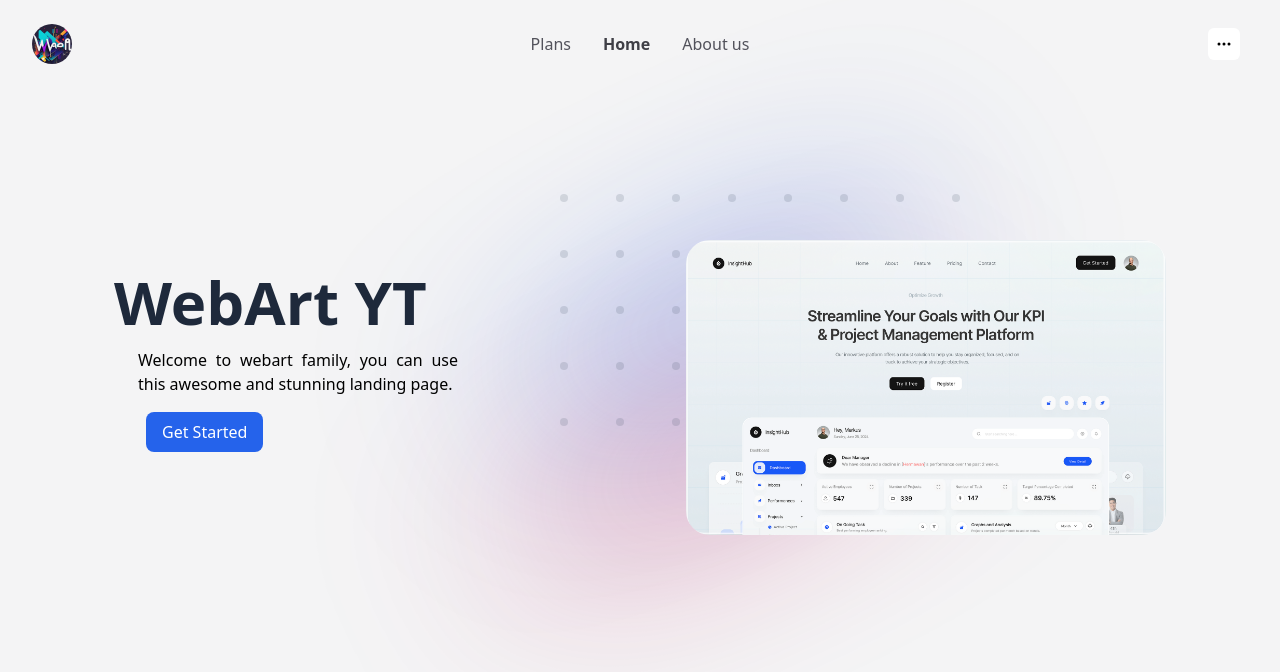
Repository: 30namp/youtube-web-art-code
Page: stunning landing page 1/index.html
These files come from the project's save history. The page is drawn as it stood at one moment and after the next save; the edit follows.
The browser window is 1280 px wide. The pictures show the whole page.

Above is the page before, as saved 2024-09-26 21:22:31.

After the next save:
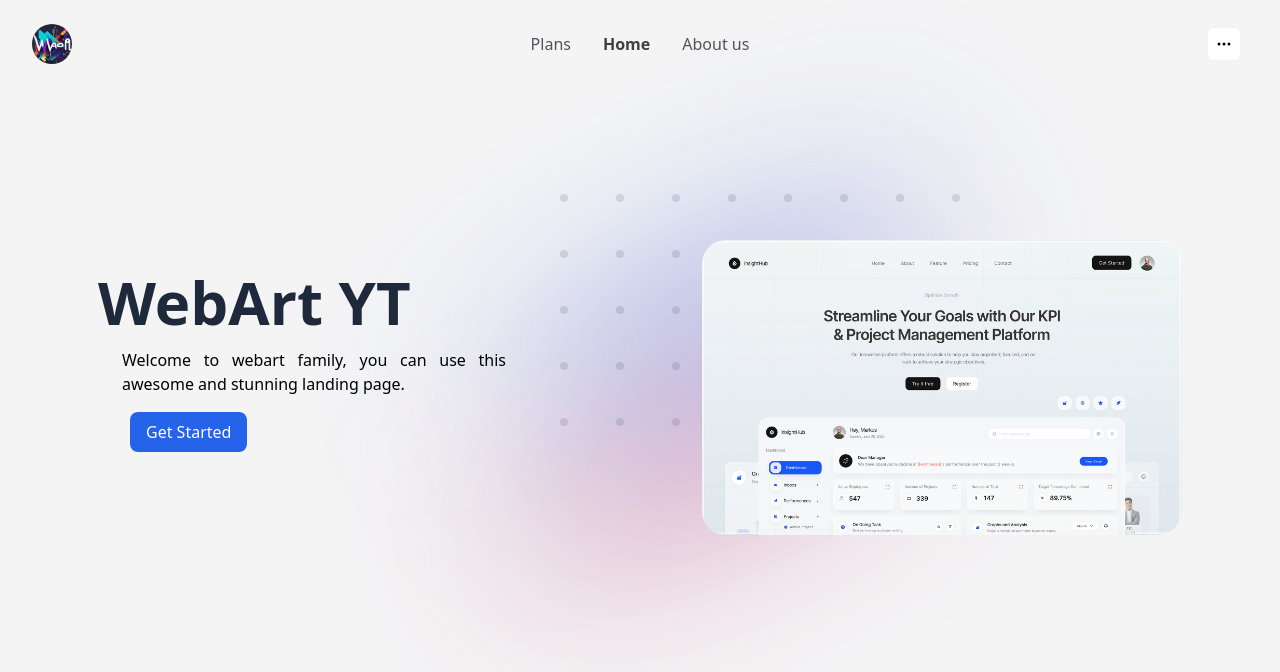
Saved 7 s later.
--- a/stunning landing page 1/index.html
+++ b/stunning landing page 1/index.html
@@ -94,7 +94,7 @@
     <div class="hero-section relative pt-60 flex justify-around items-start">
       <div class="content flex flex-col items-start gap-4 pt-8">
         <h1 class="text-6xl font-bold text-slate-800">WebArt YT</h1>
-        <p class="description w-80 ml-6 text-justify">
+        <p class="description w-96 ml-6 text-justify">
           Welcome to webart family, you can use this awesome and stunning
           landing page.
         </p>
